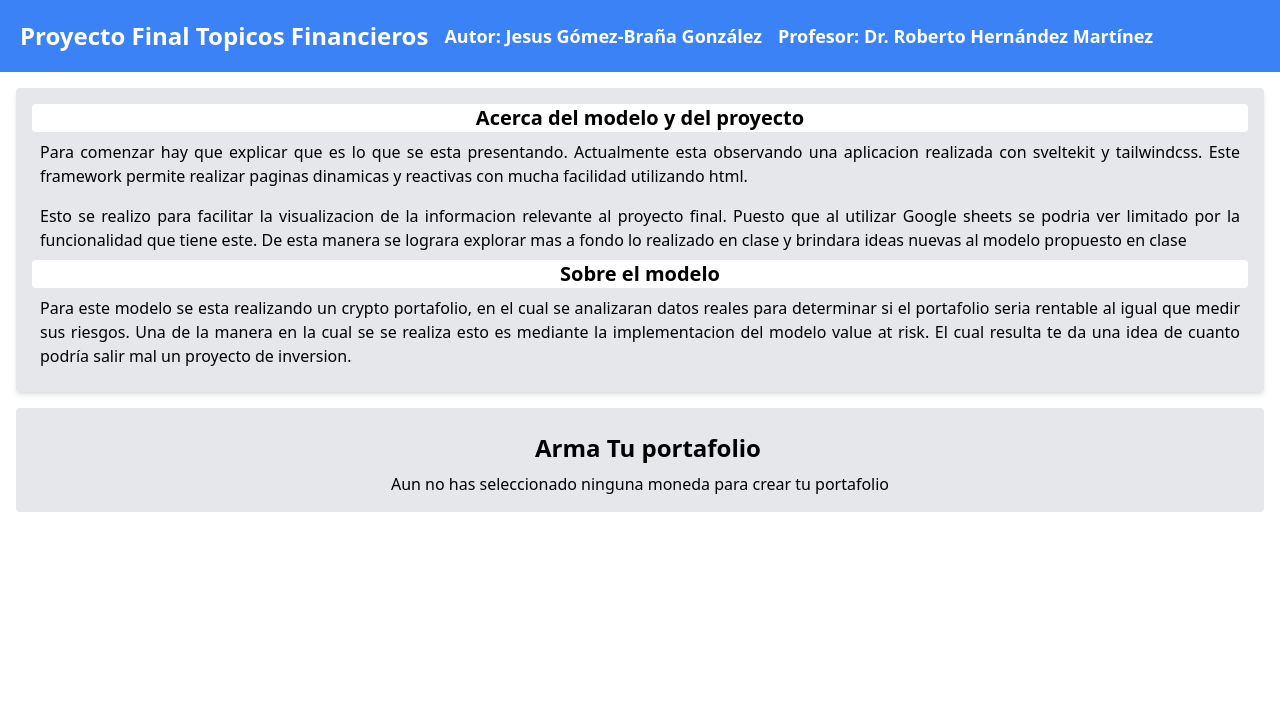
Repository: SistemaACT/Portafolio
Page: /
These files come from the project's save history. The page is drawn as it stood at one moment and after the next save; the edit follows.
The browser window is 1280 px wide. The pictures show the whole page.
The page's requests for data from a server got no answer. The project was rebuilt for these pictures with package versions that can differ from the ones it lists, and the page was loaded fresh each time. The framework's server and built-in components were replaced by stand-ins that run in the browser. No one was signed in, and anything a server would have sent is missing. Also part of the build but not shown: svelte.config.js, vite.config.ts.

Above is the page before, as saved 2024-07-08 00:06:38.

### src/routes/+page.svelte
<script lang="ts">
    import { onMount, afterUpdate } from "svelte";
    import { createChart } from 'lightweight-charts';
    let coins:any;
    let coin_ohlc_data:{[key:number]:{id:string,name:string,symbol:string}[]}={};
    let coin_data:any =[]
    let open_data:boolean[] = []
    let purchase_date:string[]=[];
    let purchase_price:number[]=[];
    let purchase_ammount:number[]=[];
    let portafolio:{
      id:string,
      name:string,
      precio_compra:number,
      precio_actual:number,
      cantidad_de_compra:number
      fecha_de_compra:Date
    }[] = []
    let costo_de_adquisicion=0;
    let profit_loss=0;
    let holdings=0;
    let roi=0;
    let now:Date = new Date();

    onMount(async () => {
      try {
        let res = await fetch("https://private-coingecko-api.vercel.app/API", {
          method: "POST",
          headers: {
            'x-api-key': "YOUR_VALID_API_KEY",
            "Content-Type": "application/json",
          },
          body: JSON.stringify({
            func: "get_coin_list",
            params: [],
          }),
        });
        coins = await res.json()

      } catch (error) {
        console.error(error);
      }
    });
    let graficar:number|undefined=undefined;
    let selected_coins:{id:string,name:string,symbol:string}[] = []

    let selection:any;
    let counter:number=0;
    function add_to_selected_coins(e:Event){
      e.preventDefault();
      const selectedCoin = coins.find((coin: any) => coin.id === selection);
      if (selectedCoin) {
        selected_coins = [...selected_coins, selectedCoin];
      } else {
        console.warn("Coin not found in the coins array:", selection);
      }

      get_coin_ohlc(counter)
      get_coin_data(counter)
      purchase_ammount.push(0)
      purchase_date.push("")
      counter++
    }

    async function get_coin_data(graficar:number){
      const selectedCoin = coins.find((coin: any) => coin.id === selected_coins[graficar as number].id);
      const data = await fetch("https://private-coingecko-api.vercel.app/API", {
            method: "POST",
            headers: {
              'x-api-key': "YOUR_VALID_API_KEY",
              "Content-Type": "application/json",
            },
            body: JSON.stringify({
              func: "get_coin",
              params: [selectedCoin.id],
            }),
          });
      coin_data.push(await data.json())
      open_data.push(false)
    }

    function grafica_moneda(moneda:number){
      graficar=moneda;
    }

    async function get_coin_ohlc(graficar:number):Promise<any>{
      const selectedCoin = coins.find((coin: any) => coin.id === selected_coins[graficar as number].id);
      let info;
      if(!Object.keys(coin_ohlc_data).includes(String(graficar))){
        const data = await fetch("https://private-coingecko-api.vercel.app/API", {
            method: "POST",
            headers: {
              'x-api-key': "YOUR_VALID_API_KEY",
              "Content-Type": "application/json",
            },
            body: JSON.stringify({
              func: "get_btc_ohlc",
              params: [selectedCoin.id],
            }),
          });
           info = await data.json()
          coin_ohlc_data[graficar as number]=info
      }else{
          info = coin_ohlc_data[graficar as number]
      }
        return info
    }

    afterUpdate(async ()=>{
      if(graficar!=undefined && document.getElementById('container')!=null){
        const chart = createChart(document.getElementById('container') as HTMLElement)
        const candles = chart.addCandlestickSeries()

        let info = await get_coin_ohlc(graficar)
        let clean_data:any[]=[]
        info.forEach((day:any)=>{
          clean_data.push({time:new Date(day[0]).toISOString().split('T')[0],open:day[1],high:day[2],low:day[3],close:day[4]})
        })
        const sortedData = clean_data.sort((a, b) => a.time - b.time);
          // Now use the sorted data
        candles.setData(sortedData);
        chart.timeScale().fitContent()
      }
    });

    $: selected_coins
    $: graficar

  </script>





<div class="w-full bg-blue-500 text-white p-5 text-2xl font-bold flex items-center  space-x-4 ">
    <h1>
        Proyecto Final Topicos Financieros
    </h1>
    <p class="text-lg">Autor: Jesus Gómez-Braña González</p>
    <p class="text-lg">Profesor: Dr. Roberto Hernández Martínez</p>

</div>

<div class="bg-gray-200 rounded p-4 flex flex-col items-center m-4 shadow-md">
    <h2 class="w-full bg-white rounded text-xl font-bold text-center">Acerca del modelo y del proyecto</h2>
    <p class="text-justify p-2">
        Para comenzar hay que explicar que es lo que se esta presentando. Actualmente
        esta observando una aplicacion realizada con sveltekit y tailwindcss. Este framework permite
        realizar paginas dinamicas y reactivas con mucha facilidad utilizando html.
    </p>
    <p class="text-justify p-2">
        Esto se realizo para facilitar la visualizacion de la informacion relevante al proyecto final.
        Puesto que al utilizar Google sheets se podria ver limitado por la funcionalidad que tiene este.
        De esta manera se lograra explorar mas a fondo lo realizado en clase y brindara ideas nuevas al modelo
        propuesto en clase
    </p>
    <h3 class="w-full bg-white rounded text-xl font-bold text-center">Sobre el modelo</h3>
    <p class="text-justify p-2">
        Para este modelo se esta realizando un crypto portafolio, en el cual se analizaran datos reales para
        determinar si el portafolio seria rentable al igual que medir sus riesgos. Una de la manera en la cual se
        se realiza esto es mediante la implementacion del modelo value at risk. El cual resulta te da una idea de cuanto podría salir mal un proyecto de inversion.
    </p>
</div>

{#if coins}
<form on:submit={add_to_selected_coins} class="m-4 p-4 bg-gray-200 rounded flex justify-start space-x-5 items-center" >
<h2 class="font-bold">Crea tu portafolio</h2>
<input bind:value={selection} type="text" class="rounded border border-black bg-white" list="Selected_coin">
<datalist id="Selected_coin" >
  {#each coins as coin }
    <option value={coin.id}>{coin.name}</option>
  {/each}
</datalist>
<button class="p-2 bg-blue-500 text-white rounded" type="submit">Agregar moneda</button>
</form>
{/if}

<div class="m-4 p-4 bg-gray-200 rounded">
  <h2 class="w-full text-center text-2xl font-bold m-2">Arma Tu portafolio</h2>
  {#if selected_coins.length==0}
    <p class="w-full text-center">Aun no has seleccionado ninguna moneda para crear tu portafolio</p>
  {:else if graficar==undefined}
    {#each selected_coins as coin,i}
    <div class="bg-white rounded w-full">
      <div class="bg-white rounded w-full flex justify-between items-center p-4 my-2 font-bold text-lg">
        <p>Id:{coin.id}</p>
        <p>Name:{coin.name}</p>
        <p>Symbol:{coin.symbol}</p>
        <button on:click={()=>grafica_moneda(i)} class="bg-blue-500 p-2 rounded text-white">Ver Grafico</button>
        <button on:click={()=>open_data[i]=!open_data[i]} class="bg-green-500 p-2 rounded text-white">Ver Datos</button>
      </div>
      {#if open_data[i]}
        <div class="flex p-4">
          <img src={coin_data[i].image.small} alt="img" />
            <p class="p-2">{coin_data[i].description.en.slice(0,500)+"..."}</p>
        </div>
        <div>
          <div>
            <p class="p-4">Precio Actual: {coin_data[i].market_data.current_price.usd}</p>

          </div>
          <div class="p-4">
            <div class="flex flex-col">
              <label for="Cantidad">Cantidad a comprar</label>
              <input bind:value={purchase_ammount[i]} class="bg-white border border-black rounded" placeholder="Cantidad a comprar" type="number" id="Cantidad"/>
            </div>
            <div class="flex flex-col">
              <label for="Compra">Fecha de comprar</label>
              <input  on:change={async (event)=>{
                if (event.target instanceof HTMLInputElement) {
                  purchase_date[i]= new Date(event.target.value).toISOString().split('T')[0]
                }
                let selected_row;
                let table = await get_coin_ohlc(i)
                selected_row = table.find((row)=>new Date(row[0]).toISOString().split("T")[0]===purchase_date[i])

                purchase_price[i]=selected_row[4]


              }} class="bg-white border border-black rounded" placeholder="Fecha de comprar" type="date" id="Compra"/>
            </div>
            <div class=" flex justify-between p-4">
              <div>
                <p>Precio de Compra</p>
                <p>${purchase_price[i]}</p>
              </div>
              <div>
                <p>Monto de compra</p>
                <p>${purchase_price[i]*purchase_ammount[i]}</p>
              </div>
              <button class="bg-green-500 text-white p-2 rounded"
                on:click={()=>{
                  costo_de_adquisicion+=purchase_price[i]*purchase_ammount[i]
                  holdings+=coin_data[i].market_data.current_price.usd*purchase_ammount[i]
                  profit_loss+=coin_data[i].market_data.current_price.usd*purchase_ammount[i]-purchase_price[i]*purchase_ammount[i]
                  roi+=(coin_data[i].market_data.current_price.usd*purchase_ammount[i]-purchase_price[i]*purchase_ammount[i])/purchase_price[i]*purchase_ammount[i]
                  portafolio = [...portafolio,{id:coin.id,name:coin.name,precio_compra:purchase_price[i],precio_actual:coin_data[i].market_data.current_price.usd,cantidad_de_compra:purchase_ammount[i],fecha_de_compra:new Date(purchase_date[i])}]
                }}
              >Agregar al protafolio</button>
            </div>
          </div>
        </div>
      {/if}
    </div>
    {/each}
  {:else}
      <div>
        <button on:click={()=>{graficar=undefined}} class="bg-red-500 m-2 text-white p-2 rounded">Regresar</button>
        <div id="container" class="h-64 w-full"></div>
      </div>
  {/if}
</div>



{#if portafolio.length!=0}
  <div class="bg-gray-200 m-2 rounded p-4">
    <h2 class="w-full text-center text-2xl font-bold m-2">Resultados de tu Protafolio</h2>
    <div class="bg-white rounded p-4 my-2">
      <h3>Sobre Tu Portafolio</h3>
      <p>Costo de Adquisicion: ${costo_de_adquisicion}</p>
      <p>Valor del Portafolio: ${holdings}</p>
      <p>Profit/Loss: ${profit_loss}</p>
      <p>ROI:{roi}</p>
    </div>
    {#each portafolio as coin}
    <div class="flex justify-evenly bg-white p-2 rounded">
      <div class="border-r border-black flex flex-col p-2">
        <p>Id: {coin.id}</p>
        <p>Name: {coin.name}</p>
        <p>Fecha de Compra: {coin.fecha_de_compra.toISOString().split("T")[0]}</p>
        <p>Cantidad Comprada: {coin.cantidad_de_compra}</p>
        <p>Precio de Compra: {coin.precio_compra}</p>
        <p>Precio Actual: {coin.precio_actual}</p>
      </div>
      <div class="flex flex-col p-2">
        <p>Inversion Total: {coin.precio_compra * coin.cantidad_de_compra}</p>
        <p>Valor actual del portafolio: {coin.precio_actual * coin.cantidad_de_compra}</p>
        <p>Profit/Loss: {coin.precio_actual * coin.cantidad_de_compra - coin.precio_compra * coin.cantidad_de_compra}</p>
        <p>ROI: {(coin.precio_actual * coin.cantidad_de_compra - coin.precio_compra * coin.cantidad_de_compra) / (coin.precio_compra * coin.cantidad_de_compra)}</p>
        <p>Dias desde compra:{now.getDate()-coin.fecha_de_compra.getDate()}</p>
        <p>Retorno Diario:{((coin.precio_actual * coin.cantidad_de_compra - coin.precio_compra * coin.cantidad_de_compra) / (coin.precio_compra * coin.cantidad_de_compra))/(now.getDate()-coin.fecha_de_compra.getDate())}%</p>
      </div>
    </div>


    {/each}
  </div>
  {/if}

Loaded but not shown: src/app.html (common file); src/routes/+layout.svelte (common file); src/app.css (common file); tailwind.config.js (common file)

After the next save:
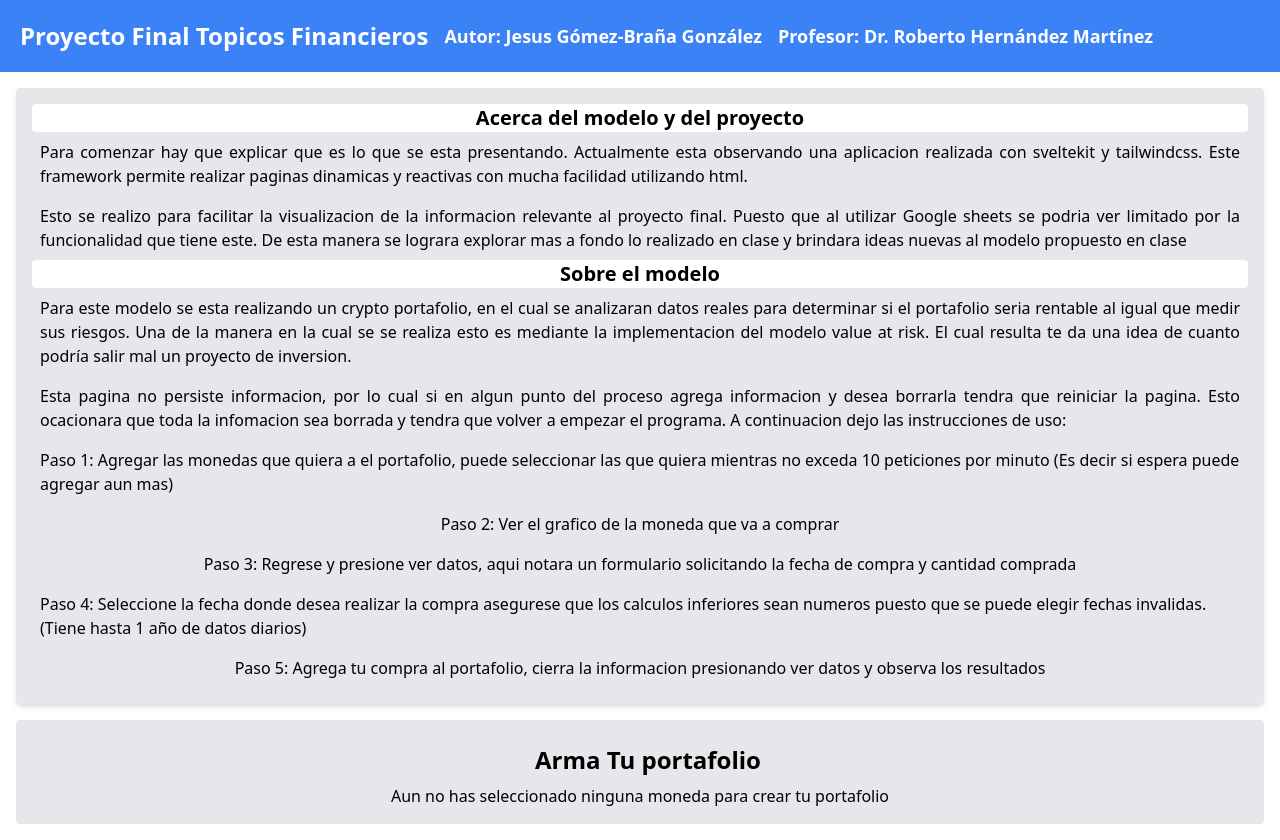
Saved 18 min 4 s later.
--- a/src/routes/+page.svelte
+++ b/src/routes/+page.svelte
@@ -160,6 +160,15 @@
         determinar si el portafolio seria rentable al igual que medir sus riesgos. Una de la manera en la cual se
         se realiza esto es mediante la implementacion del modelo value at risk. El cual resulta te da una idea de cuanto podría salir mal un proyecto de inversion.
     </p>
+    <p class="text-justify p-2">
+        Esta pagina no persiste informacion, por lo cual si en algun punto del proceso agrega informacion y desea borrarla tendra que reiniciar la pagina.
+        Esto ocacionara que toda la infomacion sea borrada y tendra que volver a empezar el programa. A continuacion dejo las instrucciones de uso:
+    </p>
+    <p class="p-2">Paso 1: Agregar las monedas que quiera a el portafolio, puede seleccionar las que quiera mientras no exceda 10 peticiones por minuto (Es decir si espera puede agregar aun mas)</p>
+    <p class="p-2">Paso 2: Ver el grafico de la moneda que va a comprar</p>
+    <p class="p-2">Paso 3: Regrese y presione ver datos, aqui notara un formulario solicitando la fecha de compra y cantidad comprada</p>
+    <p class="p-2">Paso 4: Seleccione la fecha donde desea realizar la compra asegurese que los calculos inferiores sean numeros puesto que se puede elegir fechas invalidas. (Tiene hasta 1 año de datos diarios) </p>
+    <p class="p-2">Paso 5: Agrega tu compra al portafolio, cierra la informacion presionando ver datos y observa los resultados</p>
 </div>
 
 {#if coins}
@@ -233,7 +242,7 @@
                   costo_de_adquisicion+=purchase_price[i]*purchase_ammount[i]
                   holdings+=coin_data[i].market_data.current_price.usd*purchase_ammount[i]
                   profit_loss+=coin_data[i].market_data.current_price.usd*purchase_ammount[i]-purchase_price[i]*purchase_ammount[i]
-                  roi+=(coin_data[i].market_data.current_price.usd*purchase_ammount[i]-purchase_price[i]*purchase_ammount[i])/purchase_price[i]*purchase_ammount[i]
+                  roi+=(coin_data[i].market_data.current_price.usd*purchase_ammount[i]-purchase_price[i]*purchase_ammount[i])/(purchase_price[i]*purchase_ammount[i])
                   portafolio = [...portafolio,{id:coin.id,name:coin.name,precio_compra:purchase_price[i],precio_actual:coin_data[i].market_data.current_price.usd,cantidad_de_compra:purchase_ammount[i],fecha_de_compra:new Date(purchase_date[i])}]
                 }}
               >Agregar al protafolio</button>
